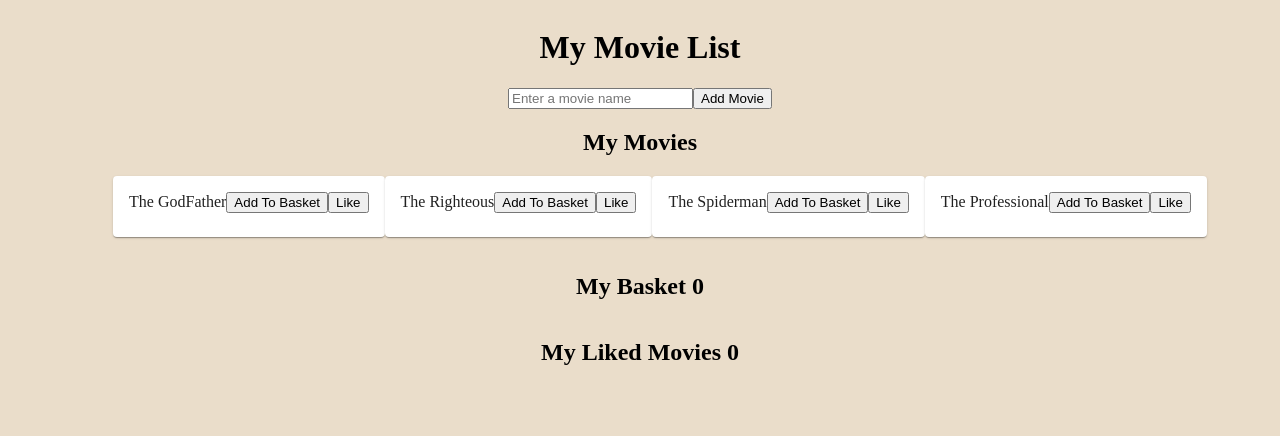
Repository: sinchana-p-iVoyant/redux-movie-store
Page: /
These files come from the project's save history. The page is drawn as it stood at one moment and after a run of saves; the edit follows.
The browser window is 1280 px wide. The pictures show the whole page.
The project was rebuilt for these pictures with package versions that can differ from the ones it lists, and the page was loaded fresh each time. Also part of the build but not shown: vite.config.ts.

Above is the page before, as saved 2024-02-15 12:13:07.

After the next 10 saves:
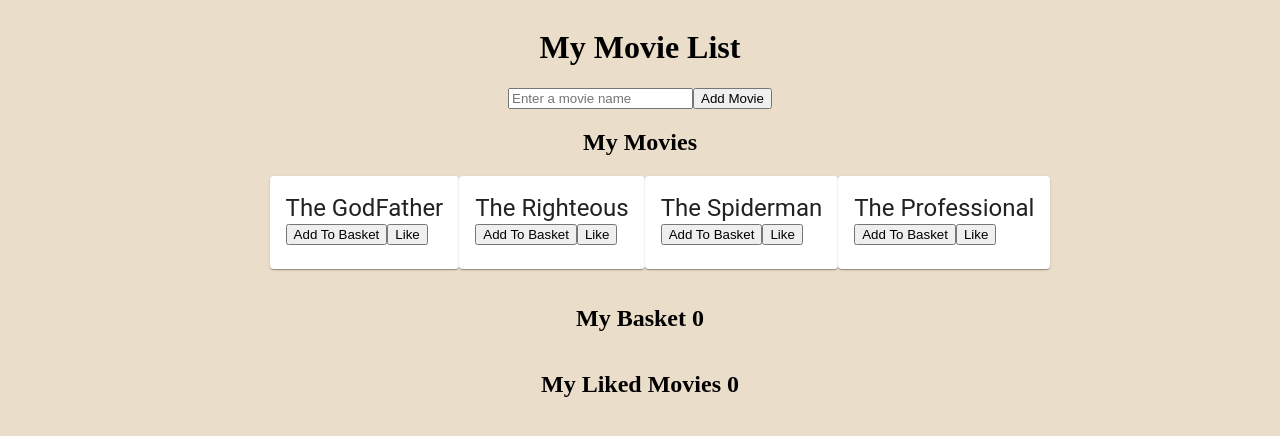
The 10 saves are shown as one change because 1 did not build or start and some came seconds apart.
The last was saved 58 s later.
--- a/src/App.tsx
+++ b/src/App.tsx
@@ -75,7 +75,9 @@ const App = () => {
           {movies.map((movie: Movie, index) => (
             <Card key={index}>
               <CardContent>
-                {movie.title}
+                <Typography variant="h5" compo>
+                  {movie.title}
+                </Typography>
                 <button onClick={() => handleAddToBasket(movie.title)}>
                   {movie.inBasket ? "Remove From Basket" : "Add To Basket"}
                 </button>
